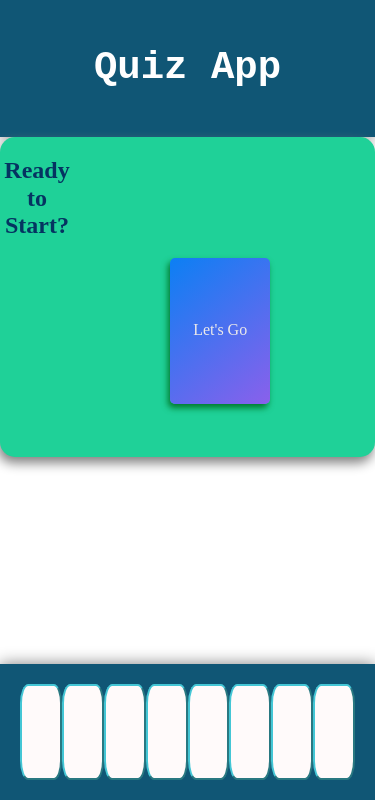
Repository: tpic12/quiz_app
Page: index.html
The author's editor kept a copy of each file at every save. The page is drawn from the files as they stood at one save, then again after the next save.
The browser window is 375 px wide. The pictures show the whole page.

Above is the page before, as saved 2019-12-28 15:06:40.

### index.html
<!DOCTYPE html>
<html lang="en">

<head>
  <meta charset="UTF-8">
  <meta name="viewport" content="width=device-width, initial-scale=1.0">
  <meta http-equiv="X-UA-Compatible" content="ie=edge">
  <title>Quiz App</title>
  <link href="https://cdnjs.cloudflare.com/ajax/libs/normalize/8.0.1/normalize.min.css" rel="stylesheet"
    type="text/css" />
  <link href="app.css" rel="stylesheet" type="text/css" />
</head>

<body>
  <header>
    <section class='banner'>
      <h1>Quiz App</h1>
    </section>
  </header>
  <main class='display'>

  </main>
  <footer>
    <section class='counts'>
        <div class='count 0'></div>
        <div class='count 1'></div>
        <div class='count 2'></div>
        <div class='count 3'></div>
        <div class='count 4'></div>
        <div class='count 5'></div>
        <div class='count 6'></div>
        <div class='count 7'></div>
    </section>
  </footer>
  <script src="https://code.jquery.com/jquery-3.4.1.slim.js" crossorigin="anonymous"></script>
  <script src="app.js"></script>
</body>

</html>

### app.css
/* Your styles should be mobile-first and responsive */

/**
  * If you are unclear on how to utilize a mobile-first, responsive technique to write your CSS, here is an example:
  *
  * https://github.com/andreacardybailey/responsive_example/blob/master/styles/responsive-base.css
  *
*/
* {
  box-sizing: border-box;
  margin: 0 auto;
}

.banner h1 {
  font-family: monospace;
  font-size: 3em;
}

.banner,
footer {
  color: white;
  font-family: monospace;
  padding: 20px;
  width: 100%;
  text-align: center;
  background-color: hsl(198, 76%, 26%);
  box-shadow: 0px 0px 15px grey;
  border-bottom: none;
  left: 0;
}

.main_card {
  display: flex;
  min-width: 40vw;
  min-height: 40vh;
  text-align: center;
  justify-content: center;
  align-content: space-around;
  background-color: hsl(161, 74%, 47%);
  border-radius: 15px;
  padding: 20px;
  border: none;
  box-shadow: -2px 6px 12px grey;
}

button {
  margin: 30%;
  margin-bottom: 10%;
  color: hsl(0, 7%, 92%);
  background: linear-gradient(140deg, hsl(210, 91%, 50%), hsl(258, 78%, 65%));
  border: none;
  max-width: 130px;
  min-width: 100px;
  border-radius: 5px;
  padding: 15px;
  box-shadow: -2px 4px 6px hsl(142, 98%, 24%);
}

.main_card > form#qForm {
  display: flex;
  flex-flow: row nowrap;
  justify-content: center;
  text-align: center;
}
/*
.mid-card {
  display: flex;
  flex-flow: column wrap;
  margin: auto;
  margin-top: 100px;
  max-width: 400px;
  min-width: 200px;
  text-align: center;
  align-items: center;
  background-color: hsl(161, 74%, 47%);
  border-radius: 15px;
  padding: 20px;
  border: none;
  box-shadow: -2px 6px 12px grey;
}
*/
.main_card > h2 {
  justify-self: center;
  font-weight: bolder;
  color: hsl(210, 90%, 20%);
}

input {
  margin: 5px 20px;
}

footer {
  position: fixed;
  bottom: 0;
  left: 0;
  max-height: 20vh;
}

.counts {
  display: flex;
  justify-content: space-evenly;
}

.count {
  border: 2px outset hsl(186, 63%, 55%);
  font-family: 'Gill Sans', 'Gill Sans MT', Calibri, 'Trebuchet MS', sans-serif;
  border-radius: 20%;
  flex-direction: row;
  width: 12vw;
  height: 12vh;
  background-color: hsl(0, 100%, 99%);
  padding: 15px;
  -webkit-border-radius: 20%;
  -moz-border-radius: 20%;
  -ms-border-radius: 20%;
  -o-border-radius: 20%;
}

h1 {
  font-family: sans-serif;
}

.green {
  background-color: green !important;
}

.red {
  background-color: red !important;
}

#snackbar > p {
  visibility: hidden;
  min-width: 15vw;

  color: #fff;
  text-align: center;
  align-content: flex-start;
  padding: 5px;
  position: absolute;
  z-index: 1;
  left: ;
  top: -30px;
}

#snackbar.show {
  visibility: visible;
  /-webkit-animation: fadein 0.5s, fadeout 0.5s 2.5s;
  animation: fadein 0.5s, fadeout 0.5s 2.5s;
}

@media screen and (max-width: 450px) {
  section.main_card > form > input,
  section.main_card > form > label {
    display: block;
  }
}

### app.js
/**
 * Example store structure
 */
'use strict';

const STORE = {
  // 5 or more questions are required
  questions: [
    {
      question: 'How many items in a bakers dozen??',
      answers: ['11', '12', '13', '3'],
      correctAnswer: '13'
    },
    {
      question: 'What month is Oktoberfest held?',
      answers: ['September', 'October', 'Every Month', 'August'],
      correctAnswer: 'September'
    },
    {
      question: 'What color is an Orange Blossom?',
      answers: ['Red', 'Orange', 'Pink', 'White'],
      correctAnswer: 'White'
    },
    {
      question: 'Where did the Panama Hat originate?',
      answers: ['Ecuador', 'Panama', 'China', 'Cuba'],
      correctAnswer: 'Ecuador'
    },
    {
      question: 'What are toy marbles made from?',
      answers: ['Plastic', 'Quartz', 'Diamond', 'Glass'],
      correctAnswer: 'Glass'
    },
    {
      question: 'How many gallons are in a ten-gallon hat?',
      answers: [
        'Half a Gallon',
        'Ten-Gallons',
        'Three-Fourths of a Gallon',
        'Give-Gallon'
      ],
      correctAnswer: 'Three-Fourths of a Gallon'
    },
    {
      question: 'What is the biggest animal to ever live?',
      answers: ['Mammoth', 'T-Rex', 'Blue Whale', 'Brontosaurus'],
      correctAnswer: 'Blue Whale'
    },
    {
      question: 'Where is the red-bellied woodpecker predominately red?',
      answers: ['Head', 'Wings', 'Feet', 'Belly'],
      correctAnswer: 'Head'
    }
  ],
  questionNumber: 0,
  score: 0,
  quizStart: false
};

/**
 *
 * Your app should include a render() function, that regenerates
 * the view each time the store is updated. See your course
 * material, consult your instructor, and reference the slides
 * for more details.
 *
 * NO additional HTML elements should be added to the index.html file.
 *
 * You may add attributes (classes, ids, etc) to the existing HTML elements, or link stylesheets or additional scripts if necessary
 *
 */

/**
 * This function renders the quiz after you start, ...
 * answer a question, or restart the quiz
 */
function renderStartQuiz() {
  const mainCard = `<section class="main_card">
      <h2>Ready to Start?</h2>
      <button type='submit' id='start_quiz'>Let's Go</button>
    </section>`;

  $('.display').html(mainCard);

  $('.display').on('click', '#start_quiz', function(event) {
    event.preventDefault();
    STORE.quizStart = true;
    $('.main_card')
      .children()
      .remove();
    handleQuiz();
  });
}
/**
 * renders question one at a time depending on question number
 */
function renderQuestion() {
  if (
    STORE.questionNumber === STORE.questions.length &&
    STORE.questionNumber > 1
  ) {
    renderResults();
  } else {
    const qCard = `<h2>${STORE.questions[STORE.questionNumber].question}</h2>
    <form id="qForm">
        <input type='radio' name='answer' id='q1' value="${
          STORE.questions[STORE.questionNumber].answers[0]
        }"/><label for='q1' id='0'>${
      STORE.questions[STORE.questionNumber].answers[0]
    }</label>
        <input type='radio' name='answer' id='q2' value="${
          STORE.questions[STORE.questionNumber].answers[1]
        }"/><label for='q2' id='1'>${
      STORE.questions[STORE.questionNumber].answers[1]
    }</label><br>
        <input type='radio' name='answer' id='q3' value="${
          STORE.questions[STORE.questionNumber].answers[2]
        }"/><label for='q3' id='2'>${
      STORE.questions[STORE.questionNumber].answers[2]
    }</label>
        <input type='radio' name='answer' id='q4' value="${
          STORE.questions[STORE.questionNumber].answers[3]
        }"/><label for='q4' id='3'>${
      STORE.questions[STORE.questionNumber].answers[3]
    }</label><br>
    </form>
    <button type='submit' id='submit_answer'>Final Answer</button>`;

    $('.main_card').html(qCard);
    $('input:checked').on('su');
    $('.main_card').on('click', '#submit_answer', function(event) {
      event.preventDefault();
      checkAnswer();
      //original next question spot

      $('.main_card')
        .children()
        .remove();

      handleQuiz();
    });
  }
}
/**
 * renders results page

 */

function generateResults(finalScore, numberOfQuestions) {
  return `<h2>You scored ${finalScore} out of ${numberOfQuestions}!</h2><button id='restart'>Restart Quiz</button>`;
}

/* Render results element with button that restarts the quiz*/
function renderResults() {
  let score = STORE.score;
  let num = STORE.questionNumber;

  $('.main_card').html(generateResults(score, num));
  $('#restart').click(function(event) {
    event.preventDefault();
    console.log('Restarting Quiz');

    STORE.questionNumber = 0;
    STORE.score = 0;
    $('.count')
      .removeClass('snackbar')
      .removeClass('red')
      .removeClass('green')
      .removeClass('show')
      .text('');
    renderStartQuiz();
  });
}

/**
 * this function checks the correctnes of the answer
 */
function checkAnswer() {
  let form = document.getElementById('qForm');
  let ans = form['answer'];
  for (let i = 0; i < ans.length; i++) {
    //is a button checked
    if (ans[i].checked) {
      //compare value of ans[i] to correct answer
      if (
        ans[i].value === STORE.questions[STORE.questionNumber].correctAnswer
      ) {
        scoreKeeper(true);
      } else {
        scoreKeeper(false);
      }
    }
  }
}

function generateAnswerSnackbar(questionAnswer) {
  return `<div class=.${STORE.questionNumber}>
              <p>Sorry, the correct answer is ${questionAnswer}</p>
          </div>`;
}

function scoreKeeper(bool) {
  if (bool === true) {
    console.log('plus 1 point');
    STORE.score++;
    $(`.${STORE.questionNumber}`)
      .addClass('green')
      .addClass('snackbar')
      .html(`<p>Correct!</p>`);
    $('section.main_card');
    console.log('next q!');
    STORE.questionNumber++;
  }
  if (bool === false) {
    console.log('no points for you');
    $(`.${STORE.questionNumber}`)
      .addClass('red')
      .addClass('snackbar')
      .html(
        generateAnswerSnackbar(
          STORE.questions[STORE.questionNumber].correctAnswer
        )
      );
    console.log('next q!');
    STORE.questionNumber++;
  }
}

function handleQuiz() {
  if (STORE.quizStart === false) {
    renderStartQuiz();
  } else {
    renderQuestion();
  }
}

$(handleQuiz);

After the next save:
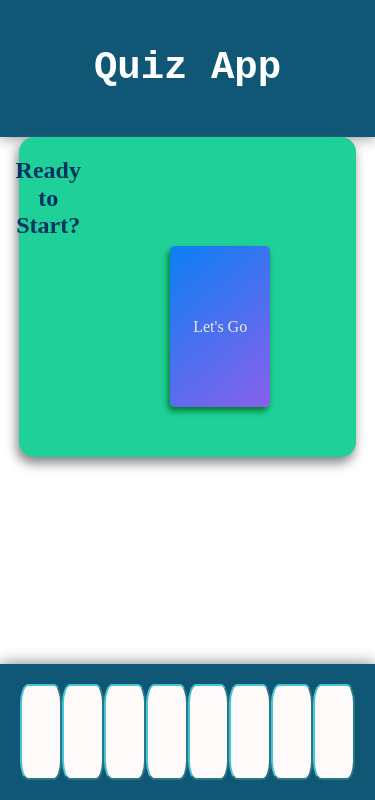
Saved 44 s later.
--- a/app.css
+++ b/app.css
@@ -149,6 +149,10 @@ h1 {
 }
 
 @media screen and (max-width: 450px) {
+  .main_card {
+    max-width: 90vw;
+  }
+
   section.main_card > form > input,
   section.main_card > form > label {
     display: block;
